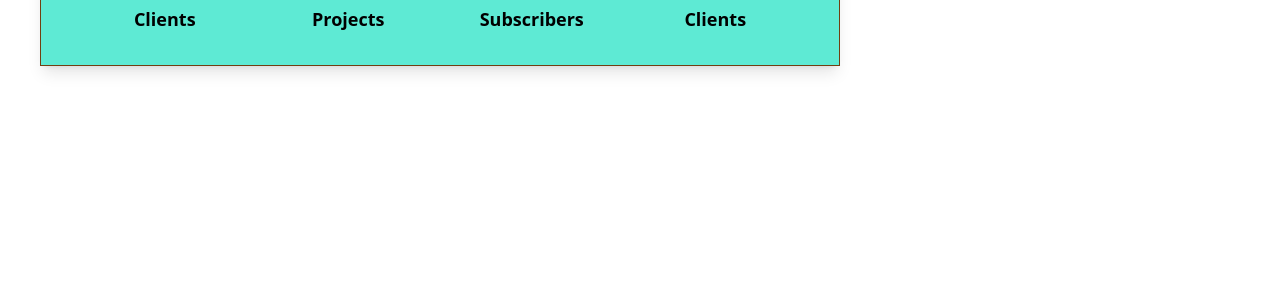
Repository: Kish202/Coz-Marketing-Site
Page: / (app in frontend/)
These files come from the project's save history. The page is drawn as it stood at one moment and after the next save; the edit follows.
The browser window is 1280 px wide. The pictures show the whole page.
The project was rebuilt for these pictures with package versions that can differ from the ones it lists, and the page was loaded fresh each time. Also part of the build but not shown: frontend/vite.config.js.

Above is the page before, as saved 2025-03-09 12:17:02.

### frontend/src/App.jsx
import { useState } from 'react'
import reactLogo from './assets/react.svg'
import viteLogo from '/vite.svg'
import './App.css'
import Service from './components/Service/Service'

function App() {
  const [count, setCount] = useState(0)

  return (


   <Service/>
  )
}

export default App

### frontend/src/components/Service/Service.jsx
import React from 'react'
import CountUp from "react-countup"

const Service =() =>{
  return (
    <section className="container h-12 md:h-32">
     <div className="grid grid-cols-4 w-full   border border-yellow-900 bg-teal-300 p-2 shadow-lg dark:bg-violet-800 dark:text-white/70 md:max-w-[800px] md:-translate-y-16 md:p-8">
    <div className="flex flex-col items-center justify-center " >



<h1 className="text-sm font-bold text-black/80 dark:text-white sm:text-lg md:text-3xl text-lime-900">
      <CountUp end={234} suffix="+" duration={2.75}/>

</h1>

<h1 className="sm:text-md text-xs font-bold md:text-lg">
Clients
</h1>




        </div>

        <div className="flex flex-col items-center justify-center">
  <h1 className="text-sm text-black/80 sm:text-lg md:text-3xl dark:text-white">
  <CountUp end={57} suffix="+" duratiion={2.75}/>  </h1>

    <h1 className="sm:text-md font-bold text-xs md:text-lg">
        Projects

        </h1>
            </div>

    <div className="flex flex-col items-center justify-center" >



        <h1 className="text-sm text-black/80 dark:text-white  sm:text-lg md:text-3xl">
<CountUp end={234}  suffix="k+" / >
        </h1>
<h1 className="font-bold  sm:text-md text-xs md:text-lg" >
Subscribers
</h1>


            </div>


<div className="flex flex-col items-center justify-center">
<h1 className="text-sm font-bold text-black/80 dark:text-white sm:text-lg md:text-3xl">
<CountUp start={-875.020}
end={160527.012} duration={2.75} separator="" suffix="+" />
</h1>


<h1 className="text-xs sm:text-md  font-bold md:text-lg ">
Clients
</h1>
</div>
</div>
    </section>
  )
}

export default Service

### frontend/tailwind.config.js
/** @type {import('tailwindcss').Config} */
export default {
  content: ["./index.html", "./src/**/*.{js,ts,jsx,tsx}"],
  darkMode: "class",
  theme: {
    extend: {
      screens: {
        xs: "480px",
      },
      colors: {
        primary: "#0070f3",
      },
    },

    container: {
      center: true,
      padding: {
        DEFAULT: "20px",
        md: "40px",
      },
    },
  },
  plugins: [],
};

Loaded but not shown: frontend/index.html (common file); frontend/src/main.jsx (common file); frontend/src/index.css (common file); frontend/src/App.css (common file)

After the next save:
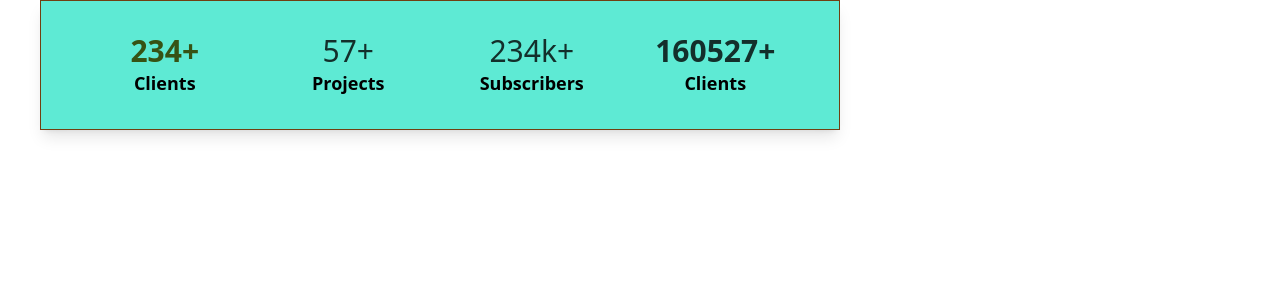
Saved 9 s later.
--- a/frontend/src/components/Service/Service.jsx
+++ b/frontend/src/components/Service/Service.jsx
@@ -4,7 +4,7 @@ import CountUp from "react-countup"
 const Service =() =>{
   return (
     <section className="container h-12 md:h-32">
-     <div className="grid grid-cols-4 w-full   border border-yellow-900 bg-teal-300 p-2 shadow-lg dark:bg-violet-800 dark:text-white/70 md:max-w-[800px] md:-translate-y-16 md:p-8">
+     <div className="grid grid-cols-4 w-full   border border-yellow-900 bg-teal-300 p-2 shadow-lg dark:bg-violet-800 dark:text-white/70 md:max-w-[800px]  md:p-8">
     <div className="flex flex-col items-center justify-center " >
 
 
